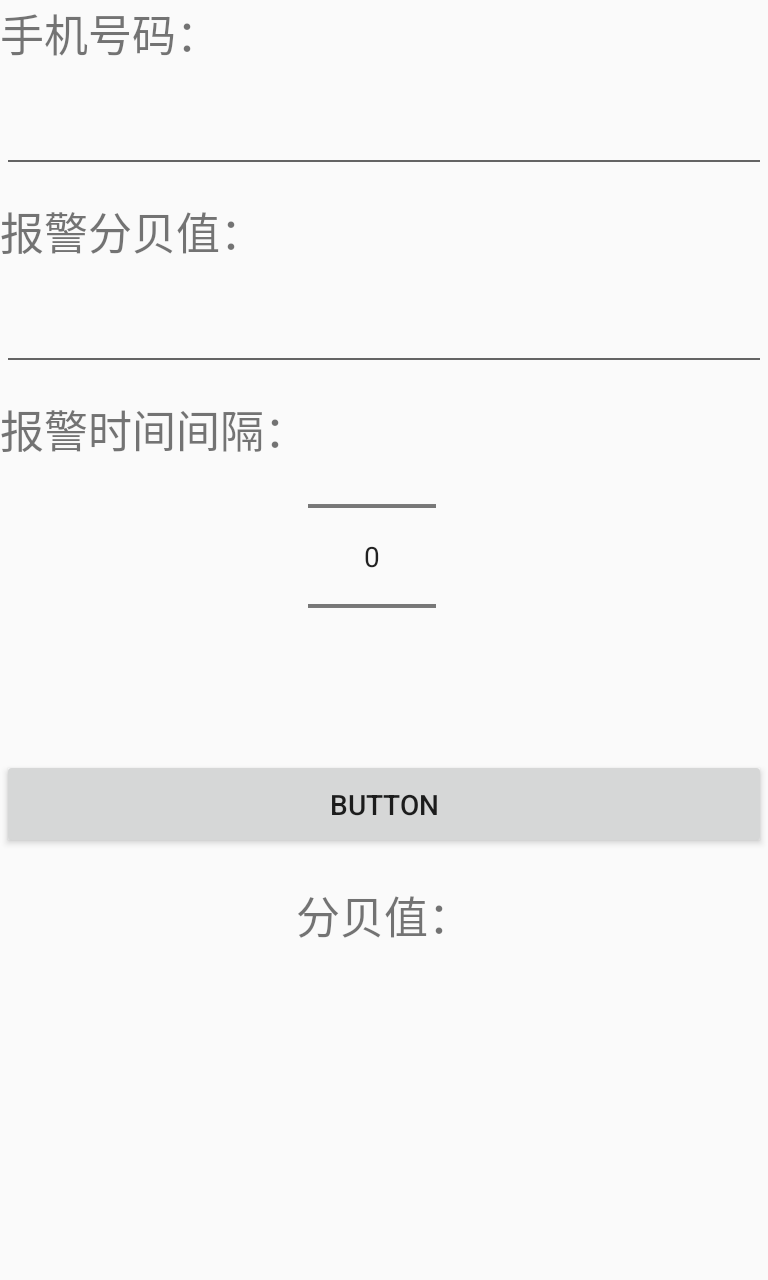
Repository: lovelyzhang/DBdetection
Layout: DBDetection/res/layout/activity_main.xml
An editor plug-in stored every save of this project. The layout is shown before and after the next save, followed by the edit.
It is drawn on a 768 x 1280 px phone screen (xhdpi) without system bars, with theme AppTheme; the app's code is not run.

Above is the layout before, as saved 2014-09-15 12:05:10.

After the next save:
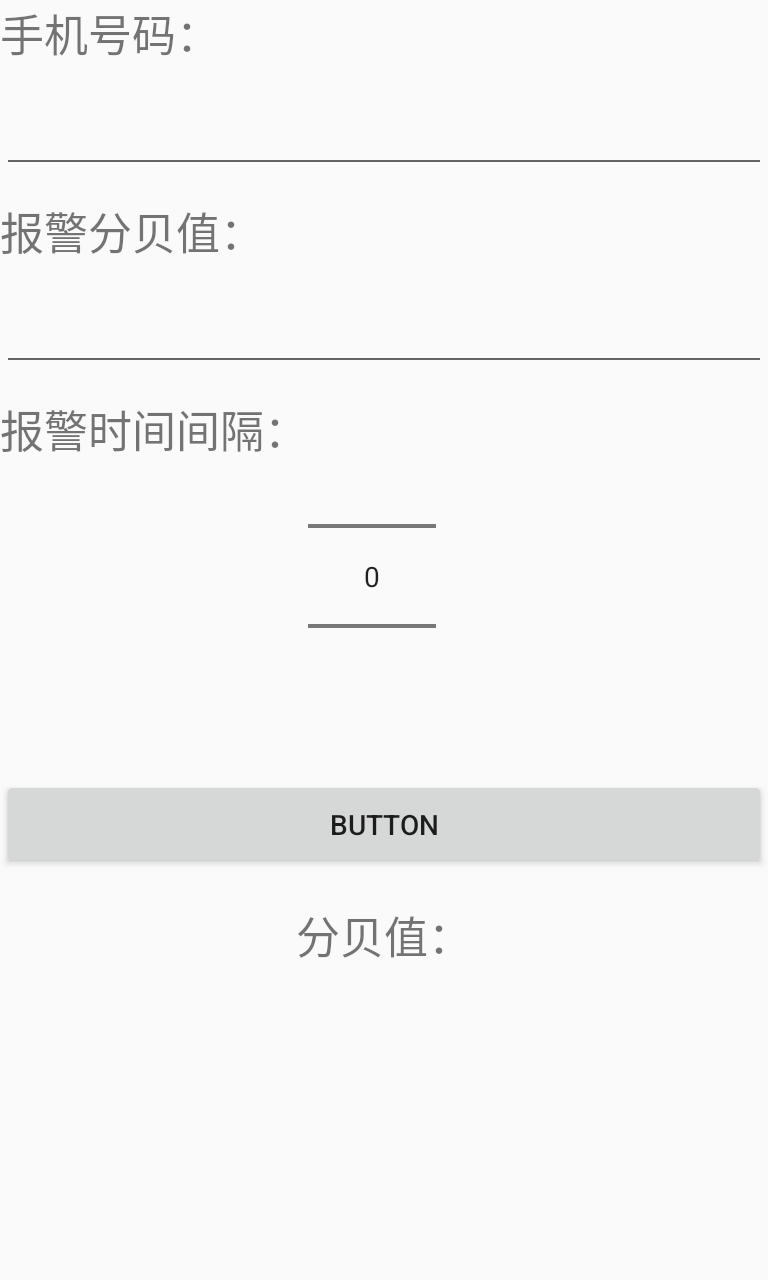
Saved 32 s later.
--- a/DBDetection/res/layout/activity_main.xml
+++ b/DBDetection/res/layout/activity_main.xml
@@ -54,16 +54,16 @@
         	android:textSize="10pt"
         	android:layout_below="@id/MaxDBValue"
         	android:layout_marginTop="20px"
-     	  />
+     	  	/>
 
  	    <NumberPicker
-     	    android:id="@+id/np"
-   	        android:layout_width="wrap_content"
-        	android:layout_height="wrap_content"
-        	android:layout_below="@id/MaxDBValue"
-        	android:layout_toRightOf="@id/DBNumbers"
-     	  />
-
+ 	        android:id="@+id/np"
+ 	        android:layout_width="wrap_content"
+ 	        android:layout_height="wrap_content"
+ 	        android:layout_below="@id/MaxDBValue"
+ 	        android:layout_toRightOf="@id/DBNumbers"
+ 	        android:layout_marginTop="20px"
+ 	        />
 
         <Button
 	        android:id="@+id/StartButton"
